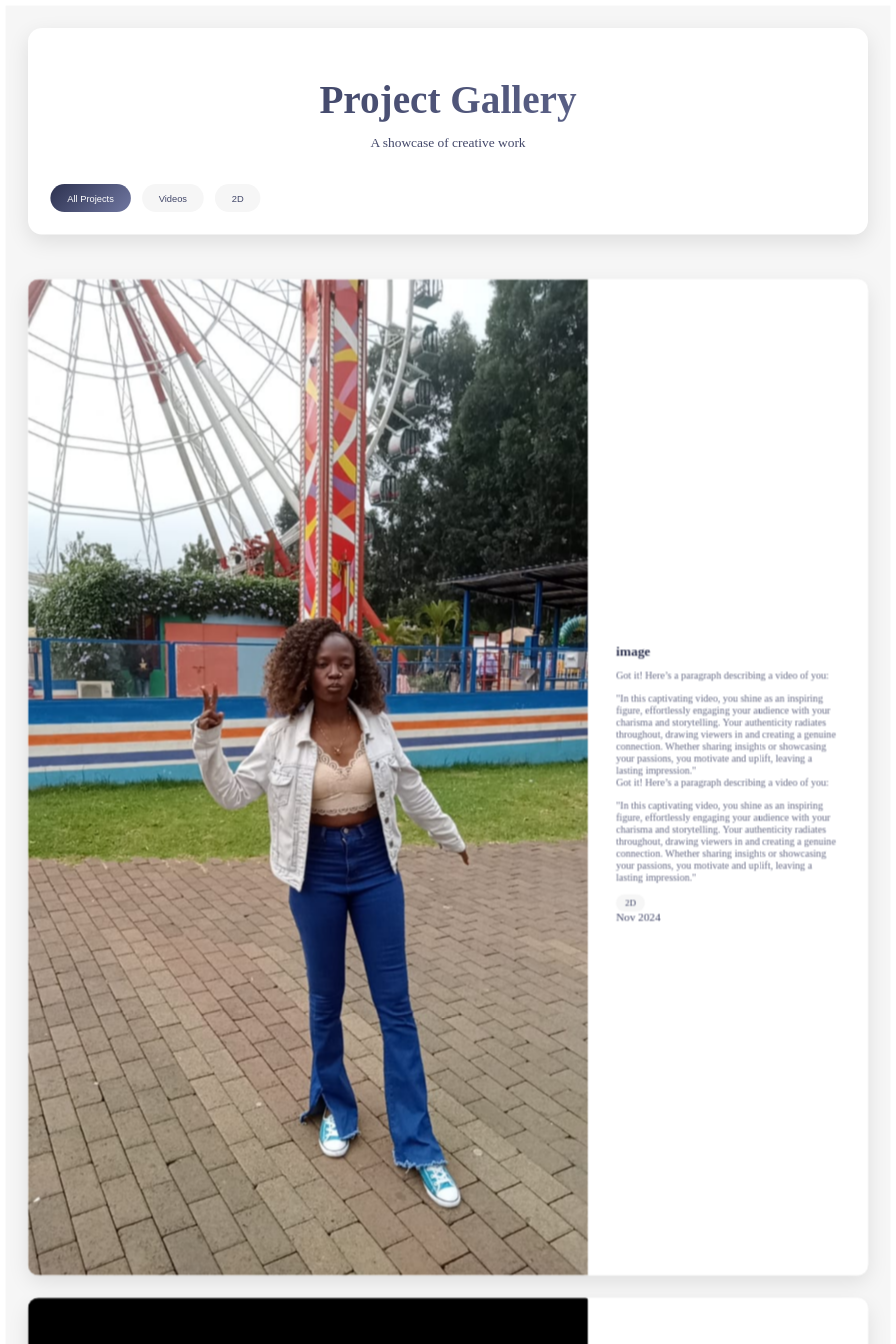
Repository: mrPractise/Susan-Portfolio
Page: http://localhost/projects/
The author's editor kept a copy of each file at every save. The page is drawn from the files as they stood at one save, then again after the next save.
The browser window is 1280 px wide. The pictures show the part of the page from y = 0 to 1920 px (the page is 2426 px tall), at 70% of full size.
Pictures or frames that could not be fetched are drawn as grey boxes. The page is served by the project's application, run on Django 5.2 (manage.py). Other server files are loaded and not shown. The page reads the database file committed with the project.

Above is the page before, as saved 2024-11-01 13:18:24.
Console error: TypeError: this.setupViewToggle is not a function

### Portfolio/templatetags/project_tags.py
from django import template
from django.utils.safestring import mark_safe

register = template.Library()  # This line is crucial

@register.simple_tag
def video_player(project, autoplay=False):
    """Render video player with proper attributes"""
    if not project.video:
        return ''

    video_attrs = {
        'preload': 'metadata',
        'playsinline': '',
        'id': f'video-{project.id}',
        'data-video-id': project.id,
    }

    if project.video_thumbnail:
        video_attrs['poster'] = project.video_thumbnail.url

    if autoplay:
        video_attrs['autoplay'] = ''
        video_attrs['muted'] = ''

    attrs_str = ' '.join([f'{k}="{v}"' for k, v in video_attrs.items() if v])

    html = f'''
    <div class="custom-video-player" data-video-id="{project.id}">
        <div class="video-container">
            <video {attrs_str}>
                <source src="{project.video.url}" type="video/mp4">
                <source src="{project.video.url[:-4]}.webm" type="video/webm">
                Your browser doesn't support video playback.
            </video>
            <div class="video-controls">
                <button class="play-pause" aria-label="Play/Pause">
                    <i class="fas fa-play"></i>
                </button>
                <div class="progress-bar">
                    <div class="progress-bar-filled"></div>
                </div>
                <div class="time">
                    <span class="current-time">0:00</span>
                    <span>/</span>
                    <span class="duration">0:00</span>
                </div>
                <div class="volume-control">
                    <button class="mute-unmute" aria-label="Mute/Unmute">
                        <i class="fas fa-volume-up"></i>
                    </button>
                    <input type="range" class="volume-slider" min="0" max="1" step="0.1" value="1">
                </div>
                <button class="fullscreen" aria-label="Fullscreen">
                    <i class="fas fa-expand"></i>
                </button>
            </div>
        </div>
    </div>
    '''
    return mark_safe(html)

### templates/projects.html
{% load static %}
<!DOCTYPE html>
<html lang="en">
<head>
    <meta charset="UTF-8">
    <meta name="viewport" content="width=device-width, initial-scale=1.0">
    <title>Project Gallery</title>
    <link rel="stylesheet" href="{% static 'css/projects.css' %}">

    <link rel="stylesheet" href="https://cdnjs.cloudflare.com/ajax/libs/font-awesome/5.15.4/css/all.min.css">
</head>
<body>
    <main class="projects-container">
        <header class="projects-header">
            <div class="header-content">
                <h1 class="projects-title">Project Gallery</h1>
                <p class="projects-subtitle">A showcase of creative work</p>
            </div>

            <div class="gallery-controls">

                <div class="filter-wrapper">
                    <button class="filter-btn {% if current_category == 'all' %}active{% endif %}"
                            data-filter="all">
                        All Projects
                    </button>
                    {% for category in categories %}
                    <button class="filter-btn {% if current_category == category.slug %}active{% endif %}"
                            data-filter="{{ category.slug }}">
                        {{ category.name }}
                    </button>
                    {% endfor %}
                </div>
            </div>
        </header>

        <div class="gallery-container">
            <div class="gallery {{ current_view }}-view">
                {% include 'partials/project_grid.html' with projects=projects %}
            </div>

            <div class="loading-spinner" hidden>
                <div class="spinner"></div>
                <span>Loading more projects...</span>
            </div>
        </div>
    </main>

    <div class="project-modal" aria-hidden="true" tabindex="-1">
        <button class="modal-close" aria-label="Close modal">&times;</button>
        <div class="modal-content">
            <div class="modal-media"></div>
            <div class="modal-info">
                <h2 class="modal-title"></h2>
                <p class="modal-description"></p>
                <div class="modal-metadata">
                    <time class="metadata-date"></time>
                    <span class="metadata-category"></span>
                </div>
            </div>
        </div>
        <button class="modal-nav prev" aria-label="Previous project">
            <i class="fas fa-chevron-left"></i>
        </button>
        <button class="modal-nav next" aria-label="Next project">
            <i class="fas fa-chevron-right"></i>
        </button>
    </div>

    {% csrf_token %}
    <script>
        window.INITIAL_DATA = {
            currentCategory: '{{ current_category|default:"all" }}',
            currentView: '{{ current_view|default:"grid" }}'
        };
    </script>

    <script src="{% static 'javascript/projects.js' %}"></script>
</body>
</html>

### templates/partials/project_grid.html
<!-- project_grid.html -->
<div class="gallery-grid">
    {% for project in projects %}
    <div class="gallery-item"
         data-category="{{ project.category.slug }}"
         data-project-id="{{ project.id }}">

        <div class="item-inner">
            {% if project.video %}
                {% include 'partials/videoplayer.html' with project=project %}
            {% else %}
                <img
                    src="{{ project.image.url }}"
                    alt="{{ project.title }}"
                    loading="lazy"
                    width="400"
                    height="300">
            {% endif %}
         <div class="item-overlay">
    <div class="item-content">
        <h3>{{ project.title }}</h3>
        <p class="description">{{ project.description }}</p>
        <div class="item-category">
            <span>{{ project.category.name }}</span>
        </div>
        <div class="item-meta">
            <span class="date">
                {{ project.created_date|date:"M Y" }}
            </span>
        </div>
    </div>
</div>
        </div>
    </div>
    {% endfor %}
</div>

### templates/partials/videoplayer.html
<!-- videoplayer.html -->
{% load static %}
<head>
    <link rel="stylesheet" href="{% static 'css/videoplayer.css' %}" />
<link rel="stylesheet" href="https://cdnjs.cloudflare.com/ajax/libs/font-awesome/5.15.4/css/all.min.css">
</head><body>

<div class="custom-video-player" data-video-id="{{ project.id }}">
    <div class="video-container">
        <video preload="metadata"
            {% if project.video_thumbnail %}
                poster="{{ project.video_thumbnail.url }}"
            {% endif %}
            playsinline
            crossorigin="anonymous">
            <source src="{{ project.video.url }}" type="video/mp4">
            <source src="{{ project.video.url|slice:':-4' }}.webm" type="video/webm">
            Your browser doesn't support video playback.
        </video>

        <div class="video-controls">
            <button class="play-pause" aria-label="Play/Pause">
                <i class="fas fa-play"></i>
            </button>

            <div class="progress-bar">
                <div class="progress-bar-filled"></div>
            </div>

            <div class="time">
                <span class="current-time">0:00</span>
                <span>/</span>
                <span class="duration">0:00</span>
            </div>

            <div class="volume-control">
                <button class="mute-unmute" aria-label="Mute/Unmute">
                    <i class="fas fa-volume-up"></i>
                </button>
                <input type="range" class="volume-slider" min="0" max="1" step="0.1" value="1">
            </div>

            <button class="fullscreen" aria-label="Fullscreen">
                <i class="fas fa-expand"></i>
            </button>
        </div>
    </div>

    <div class="video-modal">
        <div class="modal-content">
            <button class="close-modal">&times;</button>
            <div class="modal-video-container"></div>
        </div>
    </div>
</div>

<script src="{% static 'javascript/videoplayer.js' %}"></script>
</body>

### Abongo/urls.py
"""
URL configuration for Abongo project.

The `urlpatterns` list routes URLs to views. For more information please see:
    https://docs.djangoproject.com/en/5.1/topics/http/urls/
Examples:
Function views
    1. Add an import:  from my_app import views
    2. Add a URL to urlpatterns:  path('', views.home, name='home')
Class-based views
    1. Add an import:  from other_app.views import Home
    2. Add a URL to urlpatterns:  path('', Home.as_view(), name='home')
Including another URLconf
    1. Import the include() function: from django.urls import include, path
    2. Add a URL to urlpatterns:  path('blog/', include('blog.urls'))
"""
from django.contrib import admin
from django.urls import path, include
from django.conf.urls.static import static
from django.conf import settings

urlpatterns = [
    path('admin/', admin.site.urls),
    path('', include('Portfolio.urls')),
]
urlpatterns += static(settings.MEDIA_URL, document_root=settings.MEDIA_ROOT)

### Portfolio/urls.py

from django.urls import path
from . import views

urlpatterns = [
    path('', views.home, name='home'),
    path('events', views.events, name='events'),
    path('portfolio', views.portfolio, name='portfolio'),
    path('projects/', views.project_list, name='projects'),
    path('projects/<slug:slug>/', views.project_detail, name='project_detail'),
    path('events/<slug:slug>/', views.event_detail, name='event-detail'),
    path('events/<slug:slug>/book/', views.process_booking, name='process_booking'),
    path('events/<slug:slug>/payment/', views.payment_page, name='payment'),
    path('events/<slug:slug>/process-payment/', views.process_payment, name='process_payment'),
    path('send-contact-email/', views.send_contact_email, name='send_contact_email'),
]

### static/css/projects.css
/* projects.css */
:root {
    --primary: #2D3250;
    --accent: #7077A1;
    --background: #F6F6F6;
    --text: #424769;
    --gradient: linear-gradient(135deg, #2D3250, #7077A1);
}

.projects-container {
    min-height: 100vh;
    background: var(--background);
    padding: 2rem;
}

.projects-header {
    max-width: 1400px;
    margin: 0 auto 4rem;
    padding: 2rem;
    background: white;
    border-radius: 20px;
    box-shadow: 0 10px 30px rgba(0,0,0,0.1);
}

.header-content {
    text-align: center;
    margin-bottom: 3rem;
}

.projects-title {
    font-size: 3.5rem;
    background: var(--gradient);
    background-clip: text;
    color: transparent;
    margin-bottom: 1rem;
}

.projects-subtitle {
    color: var(--text);
    font-size: 1.2rem;
}

.gallery-controls {
    display: flex;
    justify-content: space-between;
    align-items: center;
    flex-wrap: wrap;
    gap: 1rem;
}



.filter-wrapper {
    display: flex;
    gap: 1rem;
    flex-wrap: wrap;
}

.filter-btn {
    padding: 0.8rem 1.5rem;
    border: none;
    border-radius: 25px;
    background: var(--background);
    color: var(--text);
    cursor: pointer;
    transition: all 0.3s ease;
}

.filter-btn.active {
    background: var(--gradient);
    color: white;
}

.gallery-container {
    max-width: 1400px;
    margin: 0 auto;
}

.gallery {
    display: grid;
    grid-template-columns: repeat(auto-fill, minmax(300px, 1fr));
    gap: 2rem;
    opacity: 0;
    transform: translateY(20px);
    animation: fadeInUp 0.8s ease forwards;
}


.gallery.masonry-view {
    display: block;
    columns: 3;
    column-gap: 2rem;
}



.gallery-item {
    break-inside: avoid;
    margin-bottom: 2rem;
    opacity: 0;
    transform: translateY(20px);
    animation: fadeInUp 0.8s ease forwards;
}

.item-inner {
    position: relative;
    border-radius: 15px;
    overflow: hidden;
    background: white;
    box-shadow: 0 10px 30px rgba(0,0,0,0.1);
    transition: all 0.3s ease;
}

.item-inner:hover {
    transform: translateY(-5px);
    box-shadow: 0 15px 40px rgba(0,0,0,0.2);
}

.gallery-item img,
.gallery-item video {
    width: 100%;
    height: 100%;
    object-fit: cover;
    transition: transform 0.5s ease;
}

.item-inner:hover img,
.item-inner:hover video {
    transform: scale(1.1);
}

.play-button {
    position: absolute;
    top: 50%;
    left: 50%;
    transform: translate(-50%, -50%);
    width: 60px;
    height: 60px;
    background: rgba(255,255,255,0.9);
    border-radius: 50%;
    display: flex;
    align-items: center;
    justify-content: center;
    cursor: pointer;
    z-index: 2;
}

.play-button i {
    color: var(--primary);
    font-size: 1.5rem;
}

.item-overlay {
    position: relative;
    background: white;
    padding: 1.5rem;
    overflow: hidden; /* Prevent content overflow */
}

.item-content {
    color: var(--text); /* Changed from white */
    width: 100%;
}

.item-content h3 {
    font-size: 1.2rem;
    margin-bottom: 0.5rem;
    color: var(--primary);
    word-break: break-word; /* Break long words in title */
    overflow-wrap: break-word;
}
.item-content p {
    font-size: 0.9rem;
    opacity: 0.8;
    margin-bottom: 1rem;
    color: var(--text);
    /* Add these properties for text wrapping */
    word-break: break-word;
    overflow-wrap: break-word;
    white-space: pre-line; /* Preserve line breaks but wrap text */
    max-width: 100%; /* Ensure text stays within container */
}
.item-category span {
    padding: 0.3rem 0.8rem;
    background: var(--background);
    border-radius: 15px;
    font-size: 0.8rem;
    color: var(--text);
    /* Add for long category names */
    word-break: break-word;
    max-width: 100%;
    display: inline-block;
}

.item-tags {
    display: flex;
    gap: 0.5rem;
    flex-wrap: wrap;
}

.item-inner:hover .item-overlay {
    opacity: 1;
}


.item-tags span {
    padding: 0.3rem 0.8rem;
    background: var(--background);
    border-radius: 15px;
    font-size: 0.8rem;
    color: var(--text);
}
.project-modal {
    position: fixed;
    inset: 0;
    background: rgba(0,0,0,0.9);
    display: none;
    justify-content: center;
    align-items: center;
    z-index: 1000;
    opacity: 0;
    transition: opacity 0.3s ease;
}

.project-modal.active {
    display: flex;
    opacity: 1;
}

.modal-content {
    position: relative;
    max-width: 90%;
    max-height: 90vh;
    background: white;
    border-radius: 20px;
    overflow: hidden;
    display: grid;
    grid-template-columns: 2fr 1fr;
    opacity: 0;
    transform: translateY(20px);
    transition: all 0.3s ease;
}

.project-modal.active .modal-content {
    opacity: 1;
    transform: translateY(0);
}

.modal-media {
    background: black;
}

.modal-media img,
.modal-media video {
    width: 100%;
    height: 100%;
    object-fit: contain;
}

.modal-details {
    padding: 2rem;
    overflow-y: auto;
}

.modal-close {
    position: absolute;
    top: 1rem;
    right: 1rem;
    width: 40px;
    height: 40px;
    border-radius: 50%;
    background: white;
    border: none;
    font-size: 1.5rem;
    cursor: pointer;
    z-index: 1;
    transition: all 0.3s ease;
}

.modal-nav {
    position: absolute;
    top: 50%;
    transform: translateY(-50%);
    width: 50px;
    height: 50px;
    border-radius: 50%;
    background: white;
    border: none;
    cursor: pointer;
    display: flex;
    align-items: center;
    justify-content: center;
    transition: all 0.3s ease;
}

.modal-nav.prev {
    left: 1rem;
}

.modal-nav.next {
    right: 1rem;
}

@keyframes fadeInUp {
    to {
        opacity: 1;
        transform: translateY(0);
    }
}

.video-controls {
    opacity: 1;
    background: linear-gradient(transparent, rgba(0, 0, 0, 0.7));
}
.video-controls .play-pause {
    background: rgba(255, 255, 255, 0.2);
    border-radius: 50%;
    width: 40px;
    height: 40px;
    display: flex;
    align-items: center;
    justify-content: center;
}

.video-controls .play-pause:hover {
    background: rgba(255, 255, 255, 0.3);
}


/* Only showing the modified/new parts that affect the video layout */
@media (min-width: 1024px) {
    .gallery {
        grid-template-columns: 1fr;
        gap: 2rem;
        max-width: 1400px;
        margin: 0 auto;
    }

    .item-inner {
        display: grid;
        grid-template-columns: 2fr 1fr;
        min-height: 500px;
    }

    .custom-video-player {
        height: 100%;
        width: 100%;
    }

    .video-container {
        height: 100%;
        padding-top: 0 !important;
    }
        .video-container video {
        object-fit: cover; /* This will ensure the video fills the container */
    }

    .item-overlay {
        display: flex;
        flex-direction: column;
        justify-content: center;
        padding: 2.5rem;
        background: white;
    }
       /* Optional: Add some max-width to prevent text from stretching too wide */
    .item-content {
        max-width: 500px;
    }
}

@media (min-width: 768px) and (max-width: 1023px) {
    .item-inner {
        grid-template-columns: 3fr 2fr;
        min-height: 400px;
    }

    .custom-video-player {
        height: 100%;
    }

    .video-container {
        height: 100%;
        padding-top: 0 !important;
    }
}

@media (max-width: 767px) {
     .item-content p {
        font-size: 0.85rem;
    }
      .item-overlay {
        padding: 1rem;
    }
    .item-inner {
        display: block;
    }

    .video-container {
        padding-top: 56.25%; /* Restore aspect ratio for mobile */
    }
}

### db.sqlite3 (the tables this page reads, as SQL)
CREATE TABLE "Portfolio_project" ("id" integer NOT NULL PRIMARY KEY AUTOINCREMENT, "title" varchar(200) NOT NULL, "slug" varchar(50) NOT NULL UNIQUE, "description" text NOT NULL, "created_date" date NOT NULL, "featured" bool NOT NULL, "image" varchar(100) NULL, "video" varchar(100) NULL, "video_thumbnail" varchar(100) NULL, "video_duration" bigint NULL, "category_id" bigint NOT NULL REFERENCES "Portfolio_projectcategory" ("id") DEFERRABLE INITIALLY DEFERRED);
INSERT INTO "Portfolio_project" VALUES
(18, 'dfvd', 'dfvd', 'sdvsdvs', '2024-11-01', 0, '', 'projects/videos/WIN_20241030_15_15_18_Pro_kYpybrK.mp4', '', NULL, 1),
(19, 'image', 'image', 'Got it! Here’s a paragraph describing a video of you:

"In this captivating video, you shine as an inspiring figure, effortlessly engaging your audience with your charisma and storytelling. Your authenticity radiates throughout, drawing viewers in and creating a genuine connection. Whether sharing insights or showcasing your passions, you motivate and uplift, leaving a lasting impression."
Got it! Here’s a paragraph describing a video of you:

"In this captivating video, you shine as an inspiring figure, effortlessly engaging your audience with your charisma and storytelling. Your authenticity radiates throughout, drawing viewers in and creating a genuine connection. Whether sharing insights or showcasing your passions, you motivate and uplift, leaving a lasting impression."', '2024-11-01', 1, 'projects/images/susan.jpg', '', '', NULL, 2);

CREATE TABLE "Portfolio_projectcategory" ("id" integer NOT NULL PRIMARY KEY AUTOINCREMENT, "name" varchar(100) NOT NULL, "slug" varchar(50) NOT NULL UNIQUE, "description" text NOT NULL, "order" integer NOT NULL);
INSERT INTO "Portfolio_projectcategory" VALUES
(1, 'Videos', 'videos', '', 1),
(2, '2D', '2d', '', 2);

Loaded but not shown: static/javascript/videoplayer.js (413 lines, source omitted); static/javascript/projects.js (197 lines, source omitted); Portfolio/views.py (628 lines, source omitted); Portfolio/models.py (327 lines, source omitted); static/css/videoplayer.css (229 lines, source omitted)

After the next save:
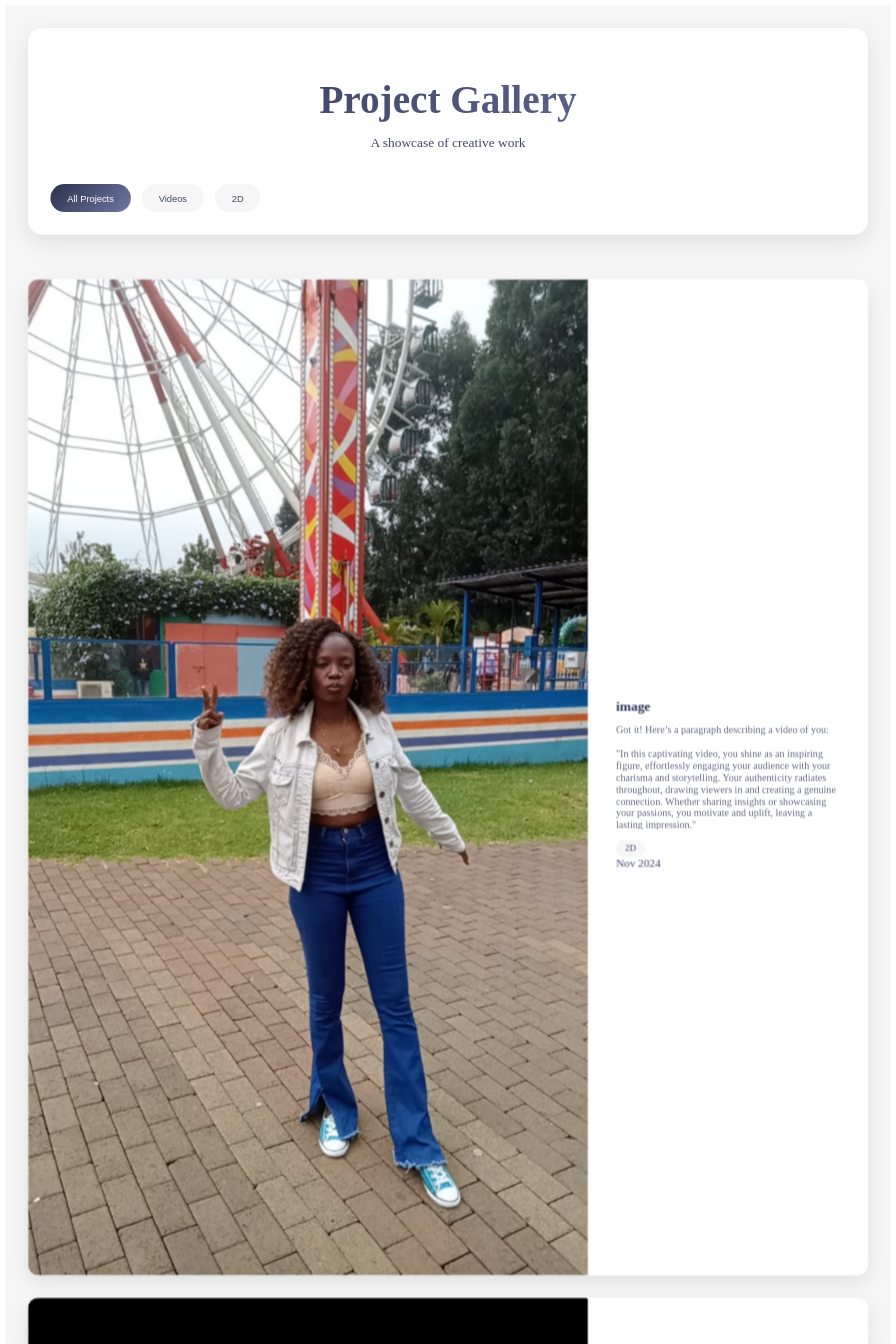
Saved 40 s later.
--- a/static/css/projects.css
+++ b/static/css/projects.css
@@ -326,7 +326,23 @@
     background: rgba(255, 255, 255, 0.3);
 }
 
-
+.item-content .description {
+    /* Additional styles for very long descriptions */
+    max-height: 150px; /* Optional: limit height */
+    overflow-y: auto; /* Add scrollbar if needed */
+    scrollbar-width: thin; /* For Firefox */
+    scrollbar-color: rgba(0, 0, 0, 0.2) transparent;
+}
+
+/* Customize scrollbar for webkit browsers */
+.item-content .description::-webkit-scrollbar {
+    width: 6px;
+}
+
+.item-content .description::-webkit-scrollbar-thumb {
+    background-color: rgba(0, 0, 0, 0.2);
+    border-radius: 3px;
+}
 /* Only showing the modified/new parts that affect the video layout */
 @media (min-width: 1024px) {
     .gallery {
